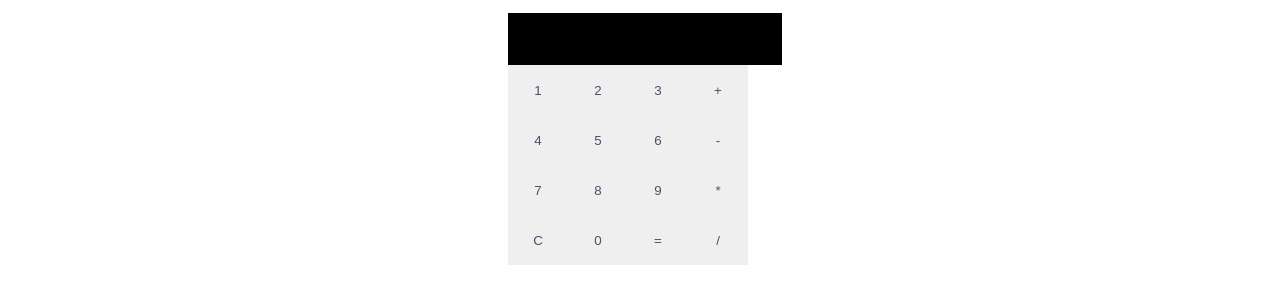
Repository: Drumstrum88/LAB-calculator
Page: index.html
These files come from the project's save history. The page is drawn as it stood at one moment and after the next save; the edit follows.
The browser window is 1280 px wide. The pictures show the whole page.

Above is the page before, as saved 2023-04-15 21:01:06.

After the next save:
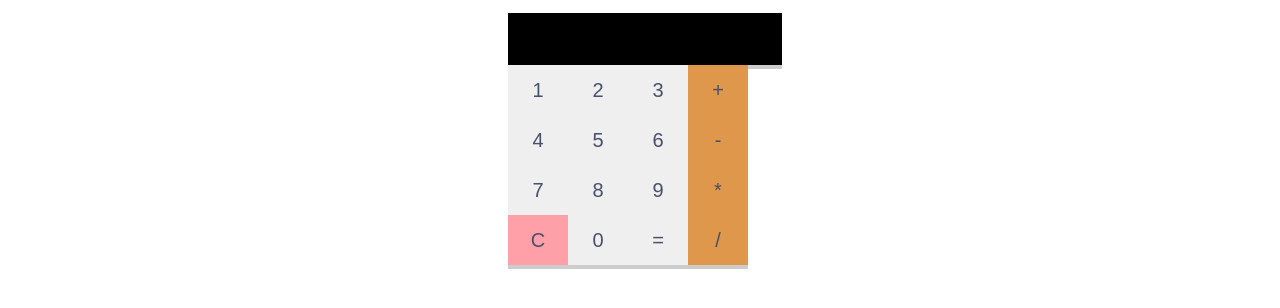
Saved 6 s later.
--- a/main.css
+++ b/main.css
@@ -38,7 +38,7 @@ input{
   width: 60px;
   height: 50px;
   float: left;
-  /*margin: 5px;
+  /*margin: 5px;*/
   font-size: 20px;
   box-shadow: 0 4px rgba(0,0,0,0.2);
 }
